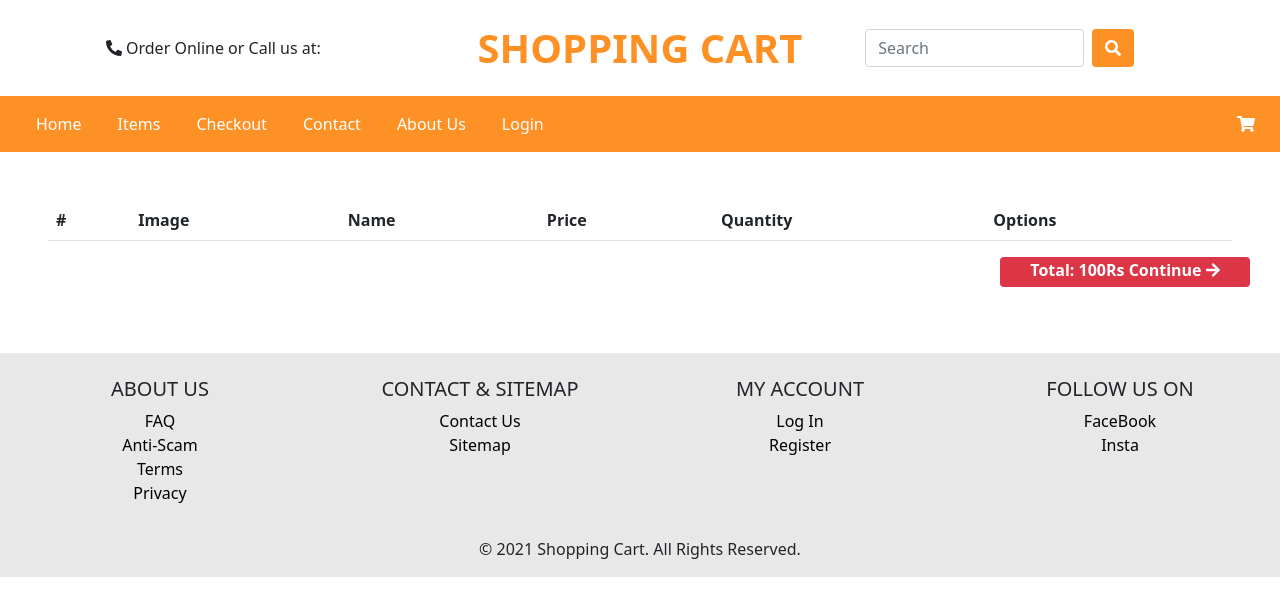
Repository: SaudCh/React-Ecommerce
Page: /cart
An editor plug-in stored every save of this project. The page is shown before and after the next save, followed by the edit.
The browser window is 1280 px wide. The pictures show the whole page.
The project was rebuilt for these pictures with package versions that can differ from the ones it lists, and the page was loaded fresh each time. Also part of the build but not shown: src/App.css, src/Home/Carousel.jsx, src/data/items.js, src/data/discounted.js, src/Home/Card.jsx, src/Home/home.jsx, src/Login/Login.jsx, src/Register/register.jsx and 3 more.

Above is the page before, as saved 2021-12-22 15:34:50.

### src/App.js
import "./App.css";
import Header from "./Header/Header";
import "../node_modules/bootstrap/dist/css/bootstrap.min.css";
import "../node_modules/bootstrap/dist/js/bootstrap.bundle.min";
import Home from "./Home/home";
import { BrowserRouter, Switch, Route } from "react-router-dom";
import Login from "./Login/Login";
import Register from "./Register/register";
import Item from "./Item/item";
import Footer from "./Footer/Footer";
import React, { useState } from "react";
import Cart from "./Cart/Cart";
import CheckOut from "./CheckOut/CheckOut";

function App() {
  const [cart, setCart] = useState([]);
  const cartHandler = (prod) => {
    //console.log(prod);
    setCart((product) => [...product, prod]);
    //console.log(cart);
  };
  const removeCart = (id) => {
    //console.log(id);
    setCart((c) => {
      return c.filter((ca) => ca.id !== id);
    });
  };
  return (
    <BrowserRouter>
      <Header cart={cart} />
      <Switch>
        <Route path="/" exact>
          <Home cartHandler={cartHandler} />
        </Route>
        <Route path="/product/:pid" exact>
          <Item />
        </Route>
        <Route path="/login" exact>
          <Login />
        </Route>
        <Route path="/register" exact>
          <Register />
        </Route>
        <Route path="/cart" exact>
          {/* <Register /> */}
          <Cart cart={cart} removeCart={removeCart} />
        </Route>
        <Route path="/checkout" exact>
          <CheckOut />
        </Route>
      </Switch>
      <Footer />
    </BrowserRouter>
  );
}

export default App;

### src/Header/Header.jsx
import {
  faPhoneAlt,
  faSearch,
  faShoppingCart,
} from "@fortawesome/free-solid-svg-icons";
import { FontAwesomeIcon } from "@fortawesome/react-fontawesome";
import React from "react";
import { Link } from "react-router-dom";
import "./Header.css";

export default function Header(props) {
  return (
    <div>
      <nav className="container-fluid  my-4">
        <div className="row align-items-center">
          <div className="col-12 col-md-4 my-2 my-lg-0 text-center ">
            <p className="m-0 p-0">
              <FontAwesomeIcon icon={faPhoneAlt} /> Order Online or Call us at:{" "}
            </p>
          </div>
          <div className="col-12 col-md-4 my-2 my-lg-0 text-center">
            <p className="m-0 fw-bold h1" style={{ color: "#fe9126" }}>
              SHOPPING CART
            </p>
          </div>
          <div className="col-12 col-md-4 my-2 my-lg-0 text-center">
            <form class="d-flex col-12 col-lg-8">
              <input
                class="form-control me-2"
                type="search"
                placeholder="Search"
                aria-label="Search"
              />
              <button
                class="btn text-white"
                style={{ backgroundColor: "#fe9126" }}
                type="submit"
              >
                <FontAwesomeIcon icon={faSearch} />
              </button>
            </form>
          </div>
        </div>
      </nav>
      <nav
        class="navbar navbar-expand-md navbar-dark"
        style={{ backgroundColor: "#fe9126" }}
      >
        <div class="container-fluid">
          <Link class="navbar-brand" href="#"></Link>

          <button
            class="navbar-toggler"
            type="button"
            data-bs-toggle="collapse"
            data-bs-target="#navbarSupportedContent"
            aria-controls="navbarSupportedContent"
            aria-expanded="false"
            aria-label="Toggle navigation"
          >
            <span class="navbar-toggler-icon"></span>
          </button>
          <div class="collapse navbar-collapse" id="navbarSupportedContent">
            <ul class="navbar-nav me-auto mb-2 mb-lg-0 nav-ul">
              <li class="nav-item">
                <Link class="nav-link  text-white" aria-current="page" to="/">
                  Home
                </Link>
              </li>
              <li class="nav-item">
                <Link class="nav-link  text-white" to="#">
                  Items
                </Link>
              </li>

              <li class="nav-item">
                <Link
                  class="nav-link text-white"
                  to="#"
                  tabindex="-1"
                  aria-disabled="true"
                >
                  Checkout
                </Link>
              </li>
              <li class="nav-item">
                <Link
                  class="nav-link text-white"
                  to="#"
                  tabindex="-1"
                  aria-disabled="true"
                >
                  Contact
                </Link>
              </li>
              <li class="nav-item">
                <Link
                  class="nav-link text-white"
                  to="#"
                  tabindex="-1"
                  aria-disabled="true"
                >
                  About Us
                </Link>
              </li>
              <li class="nav-item">
                <Link
                  class="nav-link text-white"
                  to="/login"
                  tabindex="-1"
                  aria-disabled="true"
                >
                  Login
                </Link>
              </li>
            </ul>
            <Link to="/cart" className="btn text-white">
              <FontAwesomeIcon icon={faShoppingCart} />
              {props.cart.length ? (
                <span
                  className="bg-danger"
                  style={{
                    borderRadius: "50%",
                    position: "absolute",
                    top: 10,
                    right: 10,
                    height: 20,
                    width: 20,
                    display: "flex",
                    alignItems: "center",
                    justifyContent: "center",
                  }}
                >
                  {props.cart.length}
                </span>
              ) : null}
            </Link>
          </div>
        </div>
      </nav>
    </div>
  );
}

### src/Footer/Footer.jsx
import React from "react";
import "./footer.css";

export default function Footer() {
  return (
    <footer
      style={{ backgroundColor: "#e8e8e8" }}
      class="page-footer font-small blue pt-4 mt-5"
    >
      <div class="container-fluid text-center text-md-left">
        <div class="row">
          <div class="col-md-3 mb-md-0 mb-3">
            <h5 class="text-uppercase">ABOUT US</h5>

            <ul class="list-unstyled">
              <li>
                <a href="#!">FAQ</a>
              </li>
              <li>
                <a href="#!">Anti-Scam</a>
              </li>
              <li>
                <a href="#!">Terms</a>
              </li>
              <li>
                <a href="#!">Privacy</a>
              </li>
            </ul>
          </div>
          <div class="col-md-3 mb-md-0 mb-3">
            <h5 class="text-uppercase">CONTACT & SITEMAP</h5>

            <ul class="list-unstyled">
              <li>
                <a href="#!">Contact Us</a>
              </li>
              <li>
                <a href="#!">Sitemap</a>
              </li>
            </ul>
          </div>
          <div class="col-md-3 mb-md-0 mb-3">
            <h5 class="text-uppercase">MY ACCOUNT</h5>

            <ul class="list-unstyled">
              <li>
                <a href="#!">Log In</a>
              </li>
              <li>
                <a href="#!">Register</a>
              </li>
            </ul>
          </div>

          <div class="col-md-3 mb-md-0 mb-3">
            <h5 class="text-uppercase">FOLLOW US ON</h5>

            <ul class="list-unstyled">
              <li>
                <a href="#!">FaceBook</a>
              </li>
              <li>
                <a href="#!">Insta</a>
              </li>
            </ul>
          </div>
        </div>
      </div>

      <div class="footer-copyright text-center py-3">
        © 2021 Shopping Cart. All Rights Reserved.
      </div>
    </footer>
  );
}

### src/Cart/Cart.jsx
import { faArrowRight, faTrash } from "@fortawesome/free-solid-svg-icons";
import { FontAwesomeIcon } from "@fortawesome/react-fontawesome";
import React from "react";

export default function Cart(props) {
  return (
    <div className="p-5">
      <table class="table align-middle">
        <thead>
          <tr>
            <th scope="col">#</th>
            <th scope="col">Image</th>
            <th scope="col">Name</th>
            <th scope="col">Price</th>
            <th scope="col">Quantity</th>
            <th scope="col">Options</th>
          </tr>
        </thead>
        <tbody>
          {props.cart.map((e, index) => (
            <tr>
              <th scope="row">{index + 1}</th>
              <td>
                <img src={e.img} width={80} alt="" />
              </td>
              <td>{e.name}</td>
              <td>{e.price}</td>
              <td>
                <div className="d-flex">
                  <p
                    className="bg-danger text-white"
                    style={{ width: 20, paddingLeft: "7px" }}
                  >
                    -
                  </p>
                  <p className="mx-2">1</p>
                  <p
                    className="bg-info text-white"
                    style={{ width: 20, paddingLeft: "5px" }}
                  >
                    +
                  </p>
                </div>
              </td>
              <td>
                <button
                  onClick={() => props.removeCart(e.id)}
                  className="btn btn-danger btn-sm"
                >
                  <FontAwesomeIcon icon={faTrash} />
                </button>
              </td>
            </tr>
          ))}
        </tbody>
      </table>
      <div
        className="bg-danger d-flex justify-content-center rounded "
        style={{
          position: "absolute",
          right: "30px",
          width: 250,
          height: 30,
          paddingTop: 1,
        }}
      >
        <p className="text-white fw-bold">
          Total: 100Rs Continue <FontAwesomeIcon icon={faArrowRight} />
        </p>
      </div>
    </div>
  );
}

### src/Header/Header.css
.nav-ul li {
  margin-right: 20px;
}

### src/Footer/footer.css
* {
  margin: 0;
  padding: 0;
}
.links {
  color: black;
  text-decoration: none;
}
.links:hover {
  color: black;
}

footer a {
  color: black;
  text-decoration: none;
}
footer a:hover {
  color: black;
}

Loaded but not shown: public/index.html (common file); src/index.js (common file); src/reportWebVitals.js (common file)

After the next save:
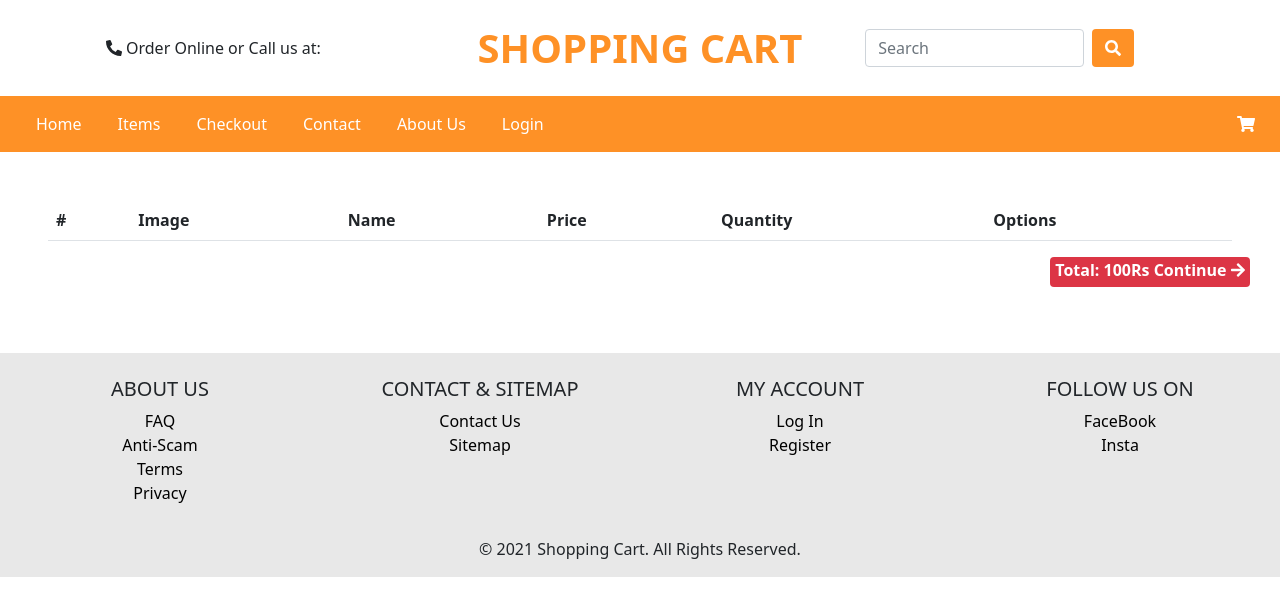
Saved 23 s later.
--- a/src/Cart/Cart.jsx
+++ b/src/Cart/Cart.jsx
@@ -59,7 +59,7 @@
         style={{
           position: "absolute",
           right: "30px",
-          width: 250,
+          width: 200,
           height: 30,
           paddingTop: 1,
         }}

After the save that followed:
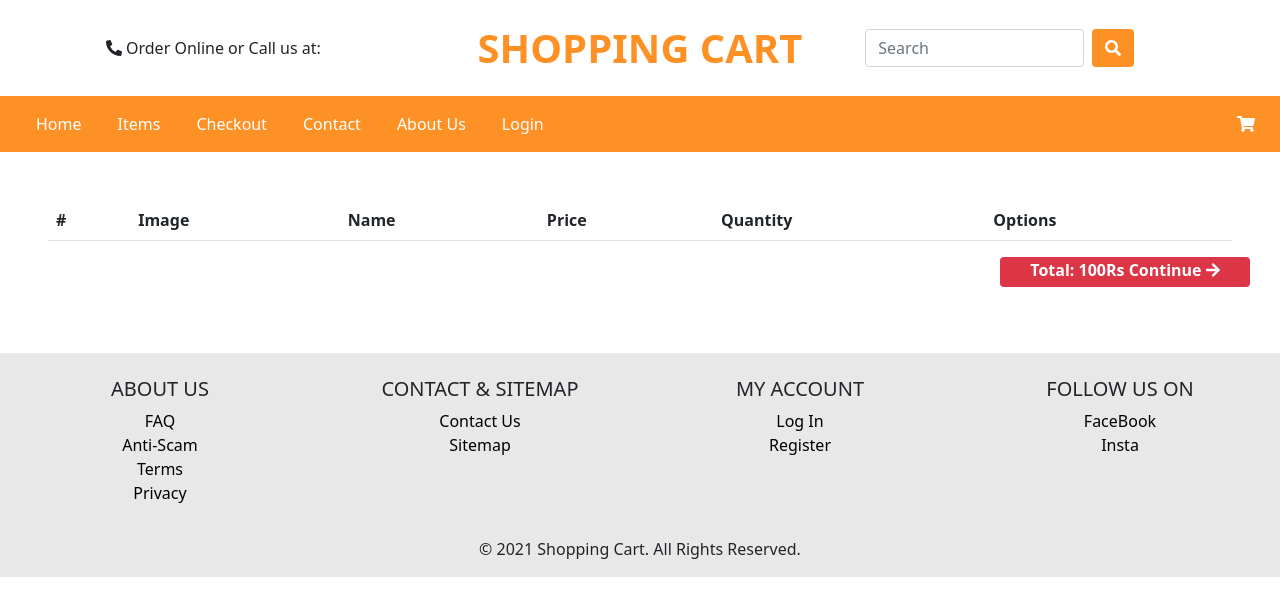
Saved 4 s later.
--- a/src/Cart/Cart.jsx
+++ b/src/Cart/Cart.jsx
@@ -59,7 +59,7 @@
         style={{
           position: "absolute",
           right: "30px",
-          width: 200,
+          width: 250,
           height: 30,
           paddingTop: 1,
         }}
